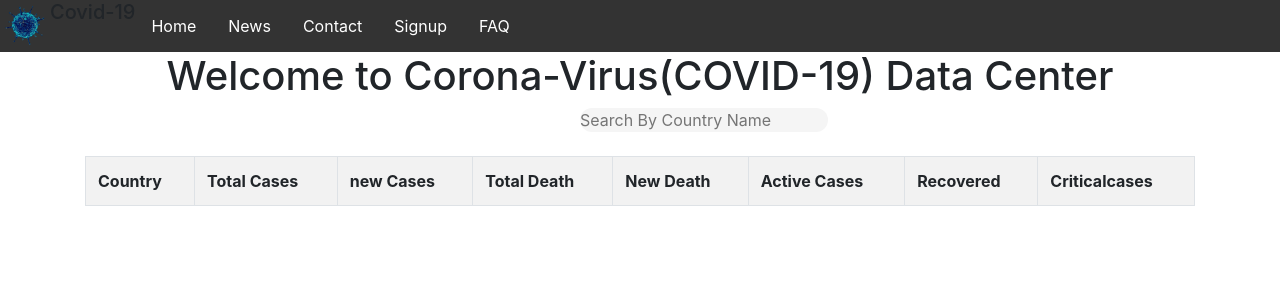
Repository: xthashankar/COVID-19-data-
Page: index.html
These files come from the project's save history. The page is drawn as it stood at one moment and after the next save; the edit follows.
The browser window is 1280 px wide. The pictures show the whole page.
The page's requests for data from a server got no answer.

Above is the page before, as saved 2020-04-15 19:31:52.

After the next save:
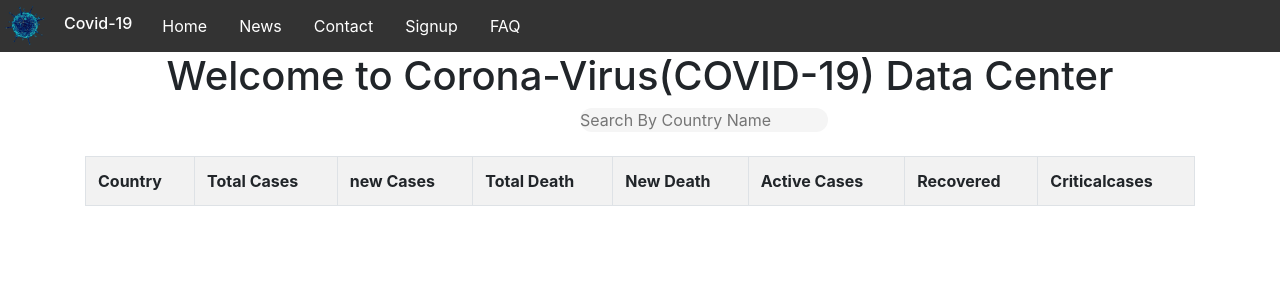
Saved 28 s later.
--- a/index.html
+++ b/index.html
@@ -13,7 +13,7 @@
 <body>
         <ul class="nav"  >
             <img src="image/coronavirus.png">
-            <h5>Covid-19</h5>
+            <h6>Covid-19</h6>
             <li><a  href="#">Home</a></li>
             <li><a href="#">News</a></li>
             <li><a href="#">Contact</a></li>
